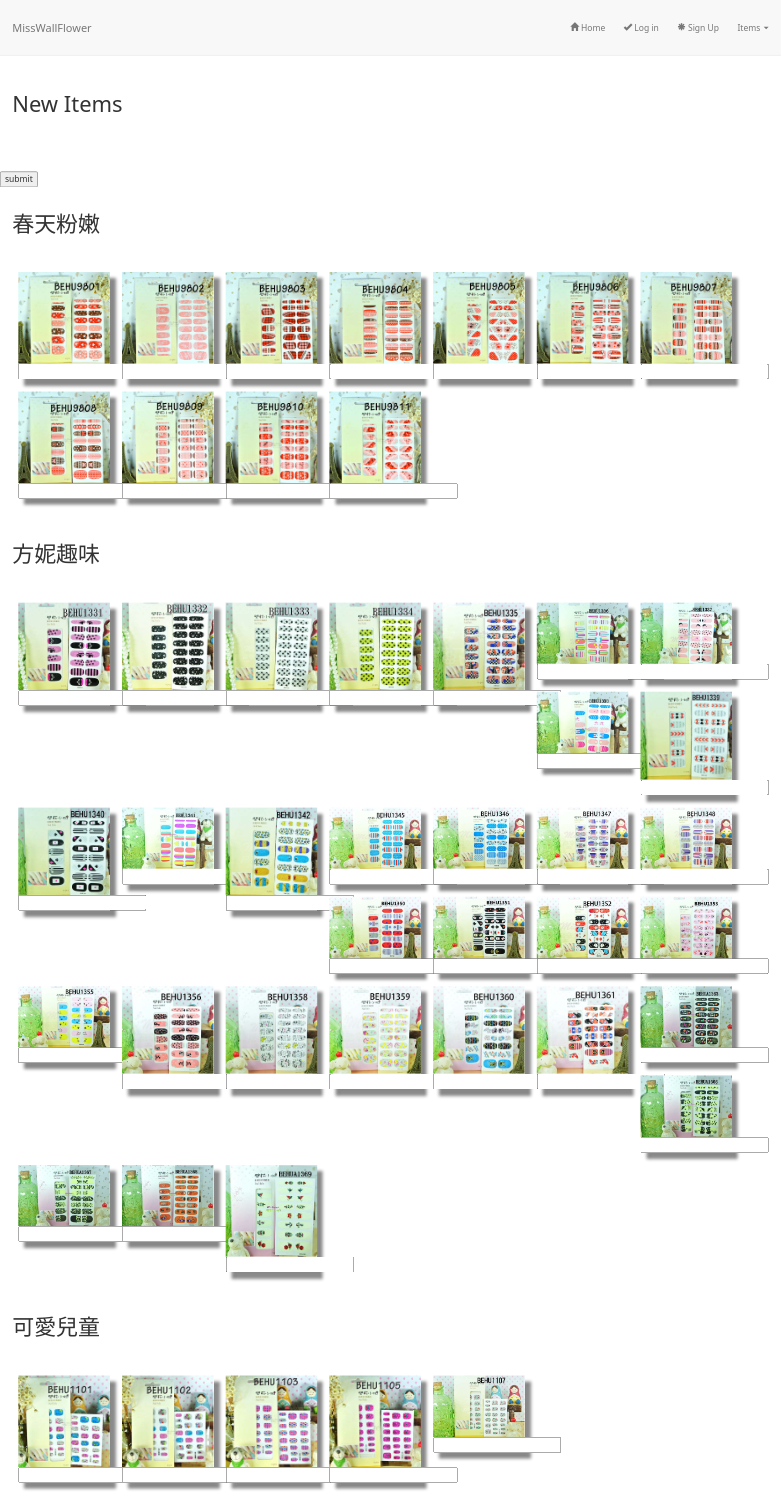
Repository: stardustxx/behua
Page: http://localhost/
The author's editor kept a record of every edit. The page is drawn from the files as they stood at one moment, then again after the next edit.
The browser window is 1280 px wide. The pictures show the whole page, at 61% of full size.
The page is run by PHP 8.4 with error messages shown; the project is at /var/www/html/.

Above is the page before.

### index.php

<?php include('header.php'); ?>

<!-- Appears only when people signed in -->
<!-- <div class = "container">
  <div class = "jumbotron tbCenter">
  	<p> Welcome to Behua </p>
  	<a class="btn btn-default" href="login.php">Log In</a>
		<a class="btn btn-primary" href="signup.php">Sign Up</a>
  </div>
</div> -->

<!-- Photo Gallery, appears regardless -->
<div class = "container-fluid">
  <h1>New Items</h1>
</div>

<div class = "masonry container-fluid tbCenter">
  <?php /*
    for ($x = 1; $x <= 15; $x++){
      if ($x !== 13) {
        echo '<div class="item">';
        echo '<div class = "imgs">';
        echo '<img src = "Product/image' . $x . '.jpeg" />';
        echo '</div></div>';
      }
    } */
  ?>
</div>
<br>

<!-- Show Products -->
<?php include('product.php'); ?>



</body>
</html>

### header.php
<head>
<meta charset="utf-8">
<meta name="viewport" content="width=device-width, initial-scale=1">
<title>MissBehua</title>
<script type = "text/javascript" src = "js/jquery.js"></script>
<script type = "text/javascript" src = "js/masonry.pkgd.min.js"></script>
<script type = "text/javascript" src = "js/bootstrap.js"></script>
<script type = "text/javascript" src = "js/someFunction.js"></script>
<script type = "text/javascript" src = "js/imagesloaded.pkgd.min.js"></script>
<link href='http://fonts.googleapis.com/css?family=Noto+Sans' rel='stylesheet' type='text/css'>
<link rel = "stylesheet" type = "text/css" href = "css/bootstrap.css">
<link rel = "stylesheet" type = "text/css" href = "css/style.css">

</head>

<body>

<!-- Navbar -->
<nav class="navbar navbar-static-top navbar-default" role="navigation">
  <div class="container-fluid">
    <!-- Brand and toggle get grouped for better mobile display -->
    <div class="navbar-header">
      <button type="button" class="navbar-toggle" data-toggle="collapse" data-target="#bs-example-navbar-collapse-1">
        <span class="sr-only">Toggle navigation</span>
        <span class="icon-bar"></span>
        <span class="icon-bar"></span>
        <span class="icon-bar"></span>
      </button>
      <a class="navbar-brand" href="index.php">MissWallFlower</a>
    </div>

    <!-- Collect the nav links, forms, and other content for toggling -->
    <div class="collapse navbar-collapse" id="bs-example-navbar-collapse-1">
      <ul class="nav navbar-nav navbar-right">
      <li><a href="index.php">
          <span class = "glyphicon glyphicon-home"></span> Home
</a>        </li>
    <li><a href="login.php">
          <span class = "glyphicon glyphicon-ok"></span> Log in
</a>        </li>
          <li><a href="signup.php">
          <span class = "glyphicon glyphicon-asterisk"></span> Sign Up
</a>          </li>
        <li class="dropdown">
          <a href="#" class="dropdown-toggle" data-toggle="dropdown">Items <span class="caret"></span></a>
          <ul class="dropdown-menu" role="menu">
            <li><a href="#">Crystal</a></li>
            <li><a href="#">Another action</a></li>
            <li><a href="#">Something else here</a></li>
            <li><a href="#">Separated link</a></li>
            <li><a href="#">One more separated link</a></li>
          </ul>
        </li>
      </ul>
    </div><!-- /.navbar-collapse -->
  </div><!-- /.container-fluid -->
</nav>

### product.php
<form action = "order.php" method = "post">
  <div>
    <input type = "submit" type = "submit" value = "submit" />
  </div>

  <div class = "container-fluid">
    <h1>春天粉嫩</h1>
  </div>
  <div class = "masonry container-fluid tbCenter">
    <?php
        for ($x = 9801; $x <= 9812; $x++){
          $filename = "Product/behu9800/BEHU" . $x . ".jpg";
          if (file_exists($filename)) {
            echo '<div class="item">';
            echo '<div class = "imgs">';
            echo '<img src = "Product/behu9800/BEHU' . $x . '.jpg" />';
            echo '<input class = "txtbox" type = "text" name = "spring' . $x . '" />';
            echo '</div></div>';
          }
        }
    ?>
  </div>

  <div class = "container-fluid">
    <h1>方妮趣味</h1>
  </div>
  <div class = "masonry container-fluid tbCenter">
    <?php
      for ($x = 1301; $x <= 1370; $x++){
        if ($x <= 1330){
          $filename = "Product/WF1300/WF" . $x . ".jpg";
          if (file_exists($filename)) {
            echo '<div class="item">';
            echo '<div class = "imgs">';
            echo '<img src = "Product/WF1300/WF' . $x . '.jpg" />';
            echo '<input class = "txtbox" type = "text" name = "funny' . $x . '" />';
            echo '</div></div>';
          }
        }
        elseif ($x <= 1370) {
          $filename = "Product/WF1300/BEHU" . $x . ".jpg";
          if (file_exists($filename)) {
            echo '<div class="item">';
            echo '<div class = "imgs">';
            echo '<img src = "Product/WF1300/BEHU' . $x . '.jpg" />';
            echo '<input class = "txtbox" type = "text" name = "funny' . $x . '" />';
            echo '</div></div>';
          }
        }
      }
    ?>
  </div>

  <div class = "container-fluid">
    <h1>可愛兒童</h1>
  </div>
  <div class = "masonry container-fluid tbCenter">
    <?php
      for ($x = 1; $x <= 15; $x++){
        if ($x < 10){
          $filename = "Product/behu1100/BEHU110" . $x . ".jpg";
          if (file_exists($filename)) {
            echo '<div class="item">';
            echo '<div class = "imgs">';
            echo '<img src = "Product/behu1100/BEHU110' . $x . '.jpg" />';
            echo '<input class = "txtbox" type = "text" name = "kids' . $x . '" />';
            echo '</div></div>';
          }
        }
      }
    ?>
  </div>
</form>

### js/someFunction.js
$(function() {
  var $container = $('#masonry');
  $container.imagesLoaded(function() {
    $container.masonry({
      itemSelector: '.item',
      gutterWidth: 20,
      isAnimated: true,
    });
  });
});

### css/style.css
.tbCenter {
    text-align: center;
}

body {
    font-family: 'Noto Sans', sans-serif;
}

#masonry {
    max-width: 1500px;
    margin-left: auto;
    margin-right: auto;
}

.container-fluid {
    padding: 20px;
}

.item {
    margin: 10px;
    float: left;
    width: 150px;
    box-shadow: 10px 10px 5px #888888;
}

.imgs img {
    max-width: 100%;
}

Loaded but not shown: js/jquery.js (library); js/masonry.pkgd.min.js (library); js/bootstrap.js (library); js/imagesloaded.pkgd.min.js (library); css/bootstrap.css (library)

After the next edit:
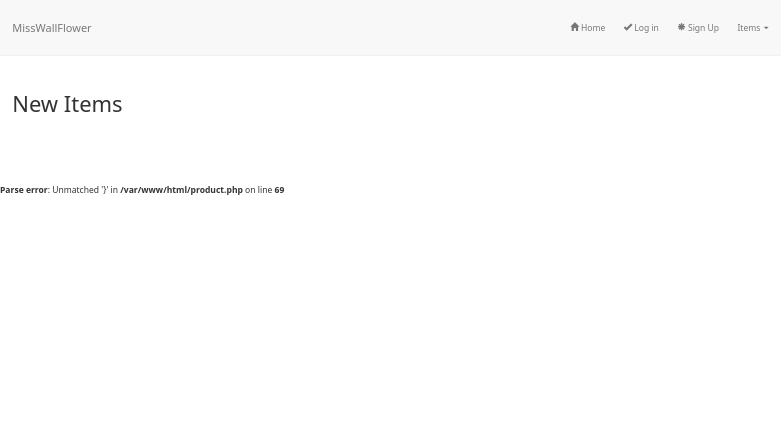
The edit:
--- a/product.php
+++ b/product.php
@@ -56,8 +56,7 @@
   </div>
   <div class = "masonry container-fluid tbCenter">
     <?php
-      for ($x = 1; $x <= 15; $x++){
-        if ($x < 10){
+      for ($x = 1101; $x <= 1115; $x++){
           $filename = "Product/behu1100/BEHU110" . $x . ".jpg";
           if (file_exists($filename)) {
             echo '<div class="item">';

After the edit that followed:
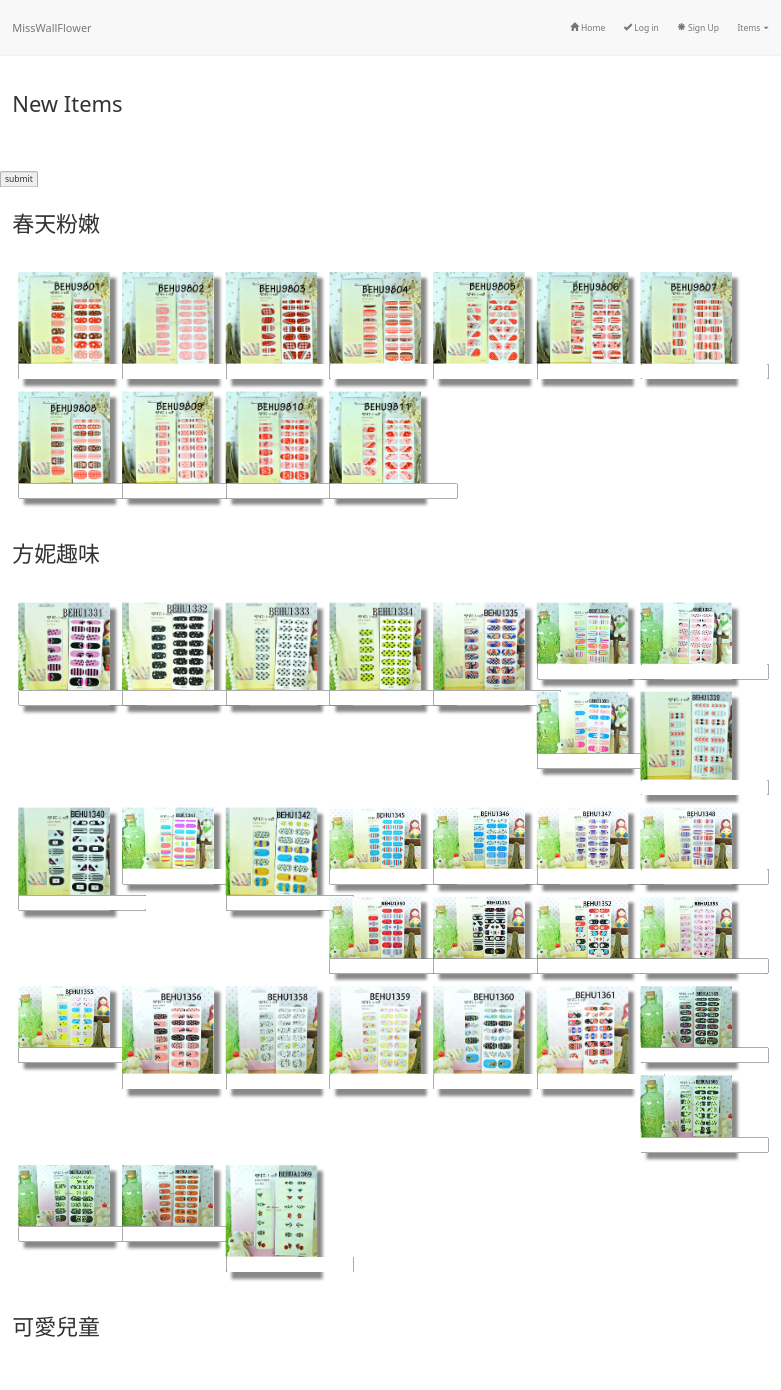
The edit:
--- a/product.php
+++ b/product.php
@@ -66,7 +66,6 @@
             echo '</div></div>';
           }
         }
-      }
     ?>
   </div>
 </form>
